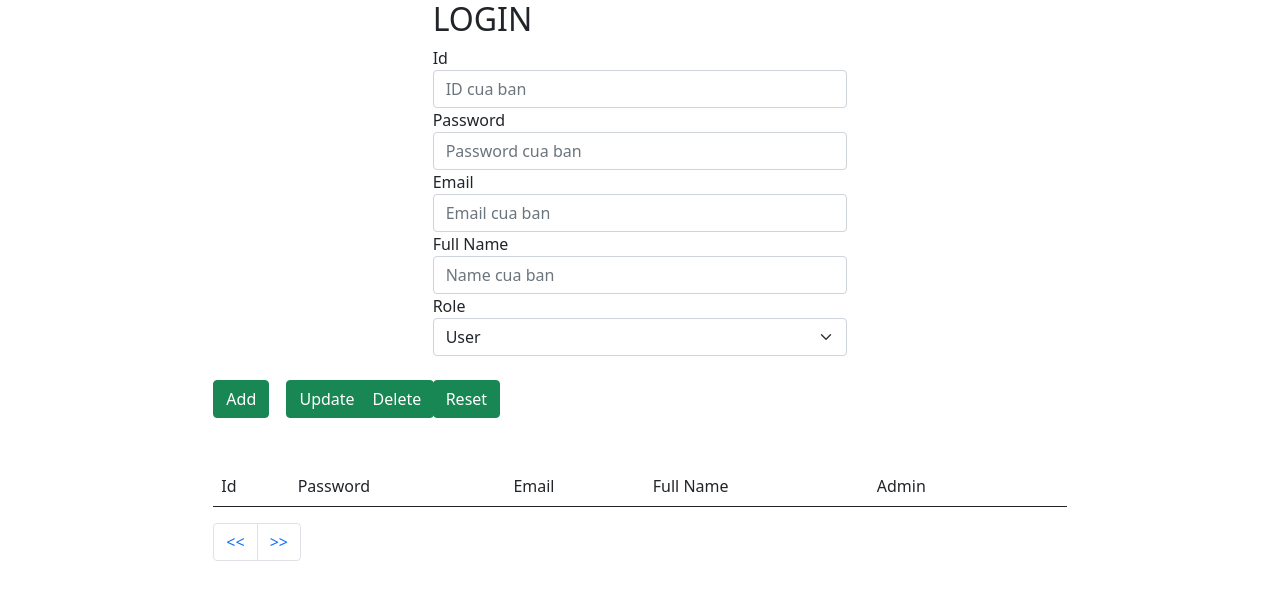
Repository: kiennd3921/AssJava4
Page: http://localhost/Assignment/view/auth/index.jsp
The author's editor kept a copy of each file at every save. The page is drawn from the files as they stood at one save, then again after the next save.
The browser window is 1280 px wide. The pictures show the whole page.
The page is served by Tomcat 9. Other server files are loaded and not shown. The template is opened directly, without the code that normally fills it, so the values that code supplies are empty.

Above is the page before, as saved 2021-04-19 01:18:22.

### PT15307-UD/Assignment/WebContent/view/auth/index.jsp
<%@ page language="java" contentType="text/html; charset=UTF-8"
	pageEncoding="UTF-8"%>
<!DOCTYPE html>
<html>
<head>
<meta charset="UTF-8">
<title>QL Users</title>
<%@ taglib uri="http://java.sun.com/jstl/core_rt" prefix="c"%>
<link
	href="https://cdn.jsdelivr.net/npm/bootstrap@5.0.0-beta2/dist/css/bootstrap.min.css"
	rel="stylesheet"
	integrity="sha384-BmbxuPwQa2lc/FVzBcNJ7UAyJxM6wuqIj61tLrc4wSX0szH/Ev+nYRRuWlolflfl"
	crossorigin="anonymous">
</head>
<body>
	<div class="col-8 offset-2">
		<div class="row col-mb-3">
			<form action="/PT15307-UD/user/insert" method="post" class="col-6 offset-3">
				<h2>LOGIN</h2>
				<div class="form-group">
					<label>Id</label> <input type="text" name="id" value="${user.id}" class="form-control"
						placeholder="ID cua ban" required name="">
				</div>
				<div class="form-group">
					<label>Password</label> <input type="password" name="password" value="${user.password}" class="form-control"
						placeholder="Password cua ban" required name="">
				</div>
				<div class="form-group">
					<label>Email</label> <input type="email" name="email" value="${user.email}" class="form-control"
						placeholder="Email cua ban" required name="">
				</div>

				<div class="form-group">
					<label>Full Name</label> <input type="text" name="fullname" value="${user.fullname}" class="form-control"
						placeholder="Name cua ban" required name="">
				</div>
				<div>
					<label>Role</label> <select class="form-select" id="role"
						name="role">
						<option ${ user.admin ? "" : "selected" } value="1">User</option>
						<option ${ user.admin ? "selected" : "" } value="2">Admin</option>
					</select>
				</div>
			</form>
		</div>


		<div class="mt-4 row">
			<div class="col-md-1">
				<button class="btn btn-success">Add</button>
			</div>
			<div class="col-md-1">
				<button class="btn btn-success">Update</button>
			</div>
			<div class="col-md-1">
				<a id="btn-delete" href="/PT15307-UD/users/delete?id=${ user.id }" class="btn btn-success">Delete</a>
			</div>
			<div class="col-md-1">
				<a href="/PT15307-UD/user" class="btn btn-success">Reset</a>
			</div>

		</div>
		<div class="mt-5 table-responsive">
			<table class="table table-striped">
				<thead>
					<tr>
						<td>Id</td>
						<td>Password</td>
						<td>Email</td>
						<td>Full Name</td>
						<td>Admin</td>
						<td></td>
					</tr>
				</thead>
				<tbody>
					<c:forEach var="user" items="${ users }">
						<tr>
							<td>${ user.id }</td>
							<td>${ user.password }</td>
							<td>${ user.email }</td>
							<td>${ user.fullname }</td>
							<td>${ user.admin }</td>
							<td><a href="/PT15307-UD/user?id=${ user.id }"
								class="btn btn-primary">Edit</a></td>
						</tr>
					</c:forEach>
				</tbody>
			</table>

			<ul class="pagination">
				<li class="page-item"><a class="page-link"
					href="/PT15307-UD/users?page=${ page - 1 }"> << </a></li>
				<li class="page-item"><a class="page-link"
					href="/PT15307-UD/users?page=${ page + 1 }"> >> </a></li>
			</ul>
		</div>
	</div>

	<script type="text/javascript">
		const btnDelete = document.querySelector('#btn-delete')

		btnDelete.addEventListener('click', function() {
			confirm("delete")
		})
	</script>
</body>
</html>

After the next save:
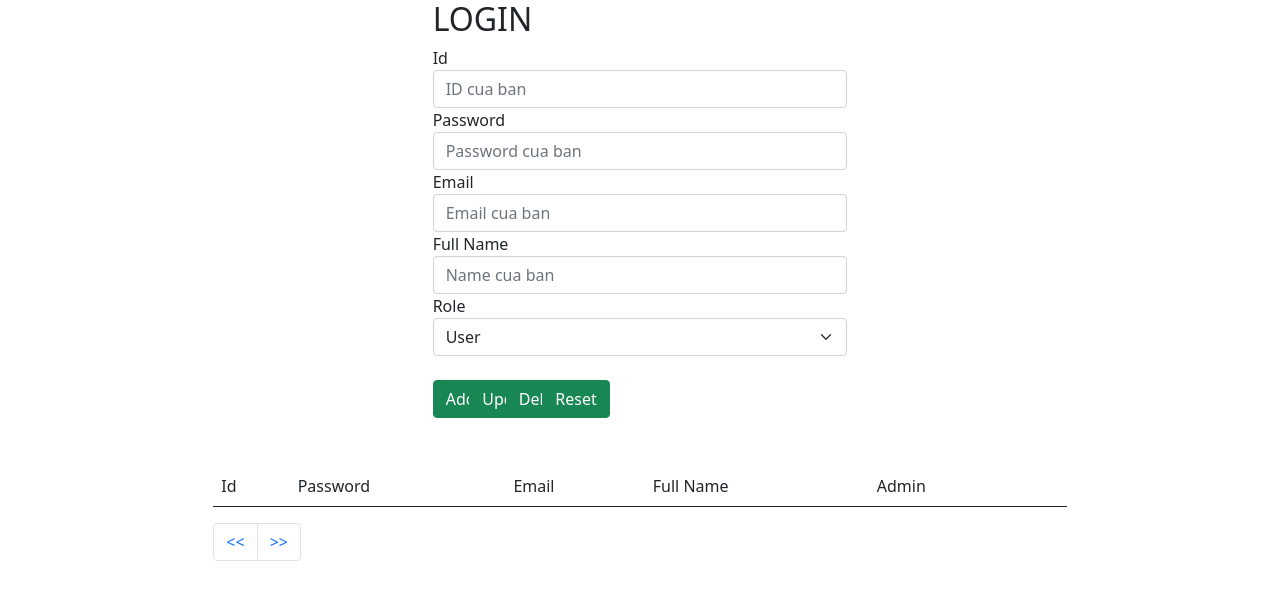
Saved 33 s later.
--- a/PT15307-UD/Assignment/WebContent/view/auth/index.jsp
+++ b/PT15307-UD/Assignment/WebContent/view/auth/index.jsp
@@ -41,11 +41,7 @@
 						<option ${ user.admin ? "selected" : "" } value="2">Admin</option>
 					</select>
 				</div>
-			</form>
-		</div>
-
-
-		<div class="mt-4 row">
+				<div class="mt-4 row">
 			<div class="col-md-1">
 				<button class="btn btn-success">Add</button>
 			</div>
@@ -60,6 +56,11 @@
 			</div>
 
 		</div>
+			</form>
+		</div>
+
+
+
 		<div class="mt-5 table-responsive">
 			<table class="table table-striped">
 				<thead>
